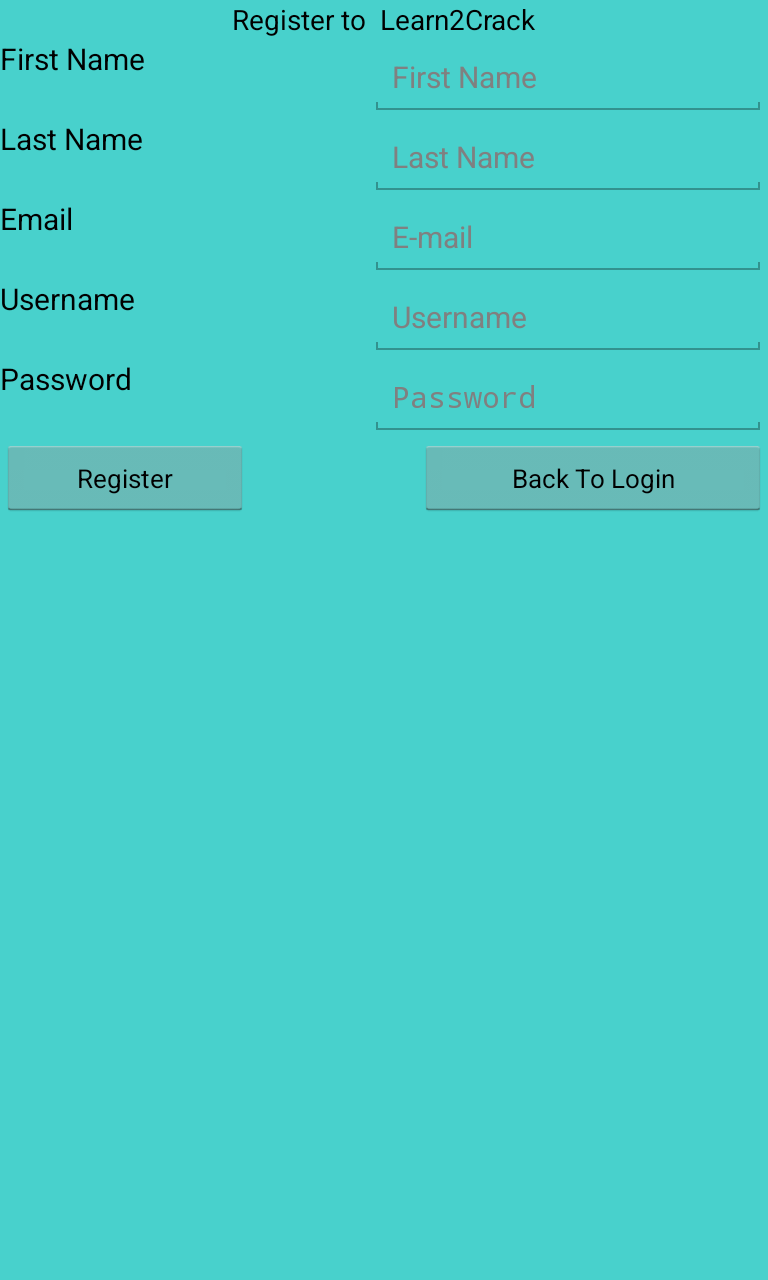
Repository: COMP231-S63G1/COMP231-S63G1
Layout: Wanna/res/layout/register.xml
An editor plug-in stored every save of this project. The layout is shown before and after the next save, followed by the edit.
It is drawn on a 768 x 1280 px phone screen (xhdpi) without system bars, with theme AppTheme; the app's code is not run.

Above is the layout before, as saved 2014-10-23 20:34:16.

### Wanna/res/layout/register.xml
<?xml version="1.0" encoding="utf-8"?>
<RelativeLayout xmlns:android="http://schemas.android.com/apk/res/android"
                android:orientation="vertical"
                android:layout_width="fill_parent"
                android:layout_height="fill_parent"
                android:background="#48D1CC"
                >
    <TextView
            android:layout_width="wrap_content"
            android:layout_height="wrap_content"
            android:text="Register to  Learn2Crack"
            android:id="@+id/textView" android:layout_gravity="center"
            android:layout_alignParentTop="true"
            android:layout_centerHorizontal="true"
            android:textColor="#000000"/>

    <TextView
            android:layout_width="125dp"
            android:layout_height="40dp"
            android:text="First Name"
            android:id="@+id/textView2"
            android:textColor="#000000"
            android:layout_below="@+id/textView"
            android:layout_alignParentLeft="true"
            android:textSize="15dp"/>

    <EditText
            android:layout_width="200dp"
            android:layout_height="40dp"
            android:id="@+id/fname"
            android:hint="First Name"
            android:textColor="#000000"
            android:layout_alignTop="@+id/textView2"
            android:layout_alignParentRight="true"
            android:textSize="15dp"/>

    <TextView
            android:layout_width="125dp"
            android:layout_height="40dp"
            android:text="Last Name"
            android:textColor="#000000"
            android:id="@+id/textView3"
            android:layout_below="@+id/textView2"
            android:layout_toLeftOf="@+id/textView"
            android:textSize="15dp"/>

    <EditText
            android:layout_width="200dp"
            android:layout_height="40dp"
            android:textColor="#000000"
            android:id="@+id/lname"
            android:hint="Last Name"
            android:layout_alignTop="@+id/textView3"
            android:layout_alignParentRight="true"
            android:textSize="15dp"/>

    <TextView
            android:layout_width="125dp"
            android:layout_height="40dp"
            android:textColor="#000000"
            android:text="Email"
            android:id="@+id/textView4"
            android:layout_below="@+id/textView3"
            android:layout_alignRight="@+id/textView3"
            android:textSize="15dp"/>

    <EditText
            android:layout_width="200dp"
            android:layout_height="40dp"
            android:textColor="#000000"
            android:inputType="textEmailAddress"
            android:ems="10"
            android:id="@+id/email"
            android:hint="E-mail"
            android:layout_below="@+id/lname"
            android:layout_alignParentRight="true"
            android:textSize="15dp"/>

    <TextView
            android:layout_width="125dp"
            android:layout_height="40dp"
            android:textColor="#000000"
            android:text="Username"
            android:id="@+id/textView5"
            android:layout_below="@+id/textView4"
            android:layout_alignRight="@+id/textView4"
            android:textSize="15dp"/>

    <EditText
            android:layout_width="200dp"
            android:layout_height="40dp"
            android:textColor="#000000"
            android:id="@+id/uname"
            android:hint="Username"
            android:layout_alignTop="@+id/textView5"
            android:layout_alignParentRight="true"
            android:textSize="15dp"/>

    <EditText
            android:layout_width="200dp"
            android:layout_height="40dp"
            android:textColor="#000000"
            android:inputType="textPassword"
            android:ems="10"
            android:id="@+id/pword"
            android:hint="Password"
            android:layout_alignLeft="@+id/uname"
            android:layout_below="@+id/textView5"
            android:textSize="15dp"/>

    <TextView
            android:layout_width="125dp"
            android:layout_height="40dp"
            android:textColor="#000000"
            android:text="Password"
            android:id="@+id/textView6"
            android:layout_alignTop="@+id/pword"
            android:layout_alignRight="@+id/textView5"
            android:textSize="15dp"/>

    <Button
            android:layout_width="200dp"
            android:layout_height="40dp"
            android:textColor="#000000"
            android:text="Register"
            android:id="@+id/register"
            android:layout_below="@+id/textView6"
            android:layout_alignRight="@+id/textView2"
            android:textSize="13dp"/>

    <Button
            android:layout_width="175dp"
            android:layout_height="40dp"
            android:textColor="#000000"
            android:text="Back To Login"
            android:id="@+id/bktologin"
            android:layout_below="@+id/pword"
            android:layout_alignParentRight="true"
            android:textSize="13dp"/>

    <TextView
            android:layout_width="fill_parent"
            android:layout_height="56dp"
            android:textColor="#000000"
            android:id="@+id/register_error"
            android:layout_below="@+id/register"
            android:layout_alignParentRight="true"/>

</RelativeLayout>

Loaded but not shown: Wanna/res/values/styles.xml (common file); Wanna/res/values-v11/styles.xml (common file); Wanna/res/values-v14/styles.xml (common file)

After the next save:
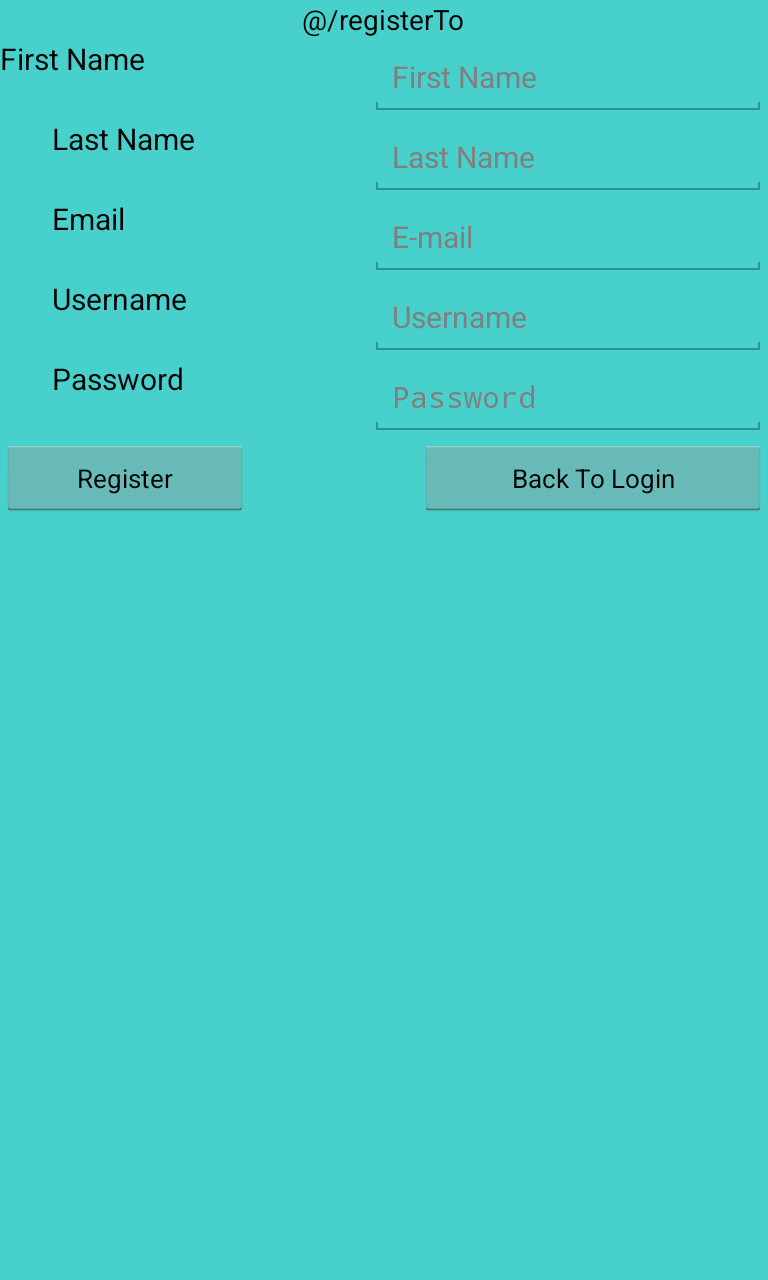
Saved 10 s later.
--- a/Wanna/res/layout/register.xml
+++ b/Wanna/res/layout/register.xml
@@ -8,7 +8,7 @@
     <TextView
             android:layout_width="wrap_content"
             android:layout_height="wrap_content"
-            android:text="Register to  Learn2Crack"
+            android:text="@/registerTo"
             android:id="@+id/textView" android:layout_gravity="center"
             android:layout_alignParentTop="true"
             android:layout_centerHorizontal="true"
